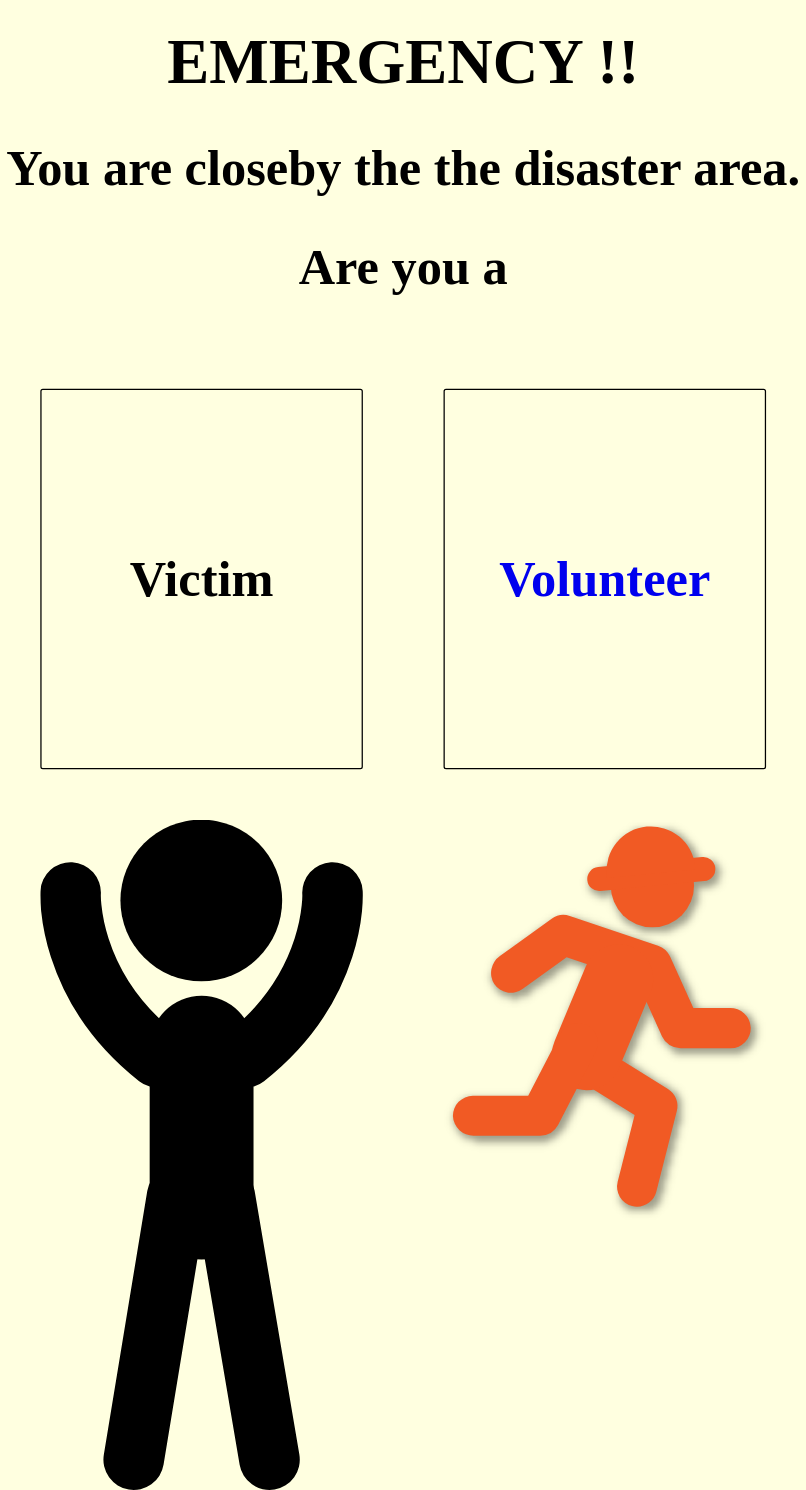
Repository: KittichoteKamalapirat/EMS-management-system
Page: http://localhost/
The author's editor kept a record of every edit. The page is drawn from the files as they stood at one moment, then again after the next edit.
The browser window is 1280 px wide. The pictures show the whole page, at 63% of full size.
Some web libraries are served in a nearby version. The page is served by the project's Node server (server.js).

Above is the page before.
Console error: ReferenceError: $ is not defined

### index.html
<!DOCTYPE>
<!DOCTYPE html>
<html>
<head>
    <meta charset = "utf-8">
    <link rel = "stylesheet" href="/css/index.css" type="text/css" />
    <script src="https://use.fontawesome.com/804afe4c6e.js"></script>

    <!--<link rel = "stylesheet" href="/css/hamburger.css" type="text/css" />-->
    <!--<script src="https://ajax.googleapis.com/ajax/libs/jquery/3.3.1/jquery.min.js"></script>-->


</head>

<body>
    <header class = "head-list">
        <h1 class = "head-tag">EMERGENCY !!</h1>

        <h2 class = "head-tag">You are closeby the the disaster area.</h2>
        <h2 class = "head-tag">Are you a</h2>


    </header>
    <div class = "splet-boxes">
    <div class="left-box">
        <p>Victim</p>
        <img class='people' src="/images/victim.svg"></img>
    </div>

    <a href="/skills"><div class="right-box">

        <p>Volunteer</p>
        <img class='people' src="/images/responder.svg"></img>
    </div>
    </a>
    </div>

    <script src='/javascript/index.js'></script>

</body>

</html>

### server.js
const express = require('express')
const path = require('path')
const app = express();
const PORT = process.env.PORT || 8080;

app.use(express.static('public'))

// render map
app.get('/map',(req,res) => res.sendFile(__dirname + '/map.html'))

app.get('/',(req,res) => res.sendFile(__dirname + '/index.html'))

app.get('/skills',(req,res) => res.sendFile(__dirname + '/skills.html'))

// app.get('/loading',(req,res) => res.sendFile(__dirname + '/loading.html'))


app.get('/loading',(req,res) => {
    res.sendFile(__dirname + '/loading.html')
})


app.get('/approve',(req,res) => res.sendFile(__dirname + '/approve.html'))






app.listen(PORT, () => console.log('Server Started...'));

### public/css/index.css
body {
  background: #FFFFE0;
}

  /* Always set the map height explicitly to define the size of the div
       * element that contains the map. */
      #map {
        height: 100%;
      }
      /* Optional: Makes the sample page fill the window. */
      html, body {
        height: 100%;
        margin: 0;
        padding: 0;
      }


/*modal box*/

.head-tag{
  margin-top: 40px;
}
.bg-modal {
  width:100%;
  height: 100%;
  background-color: rgba(0, 0, 0, 0.8);
  position: absolute;
  top: 0;
  display: none;
  justify-content: center;
  align-items: center; }


.bg-modal .close {
  position: absolute;
  font-size: 3rem;
　right: 1rem;
  top: 0, 5rem;
  transform: rotate(45deg);
  cursor: pointer; }


.box{
  display: grid¥;
  justify-content: center;
  margin: 0 auto;
  padding: 5rem;
  width: 50%;
  background-color: white;
  position: relative;
 }

 /*html1について*/
.header {
  height: 100px;
  width:100%;

}
.splet-boxes {
  margin-top: 40px;
}

.left-box {
  margin-left:5%;
  font-size: 80px;
  float: left;
  width:40%;
  text-align: center;
  height: 600px;
  line-height: 600px;
  cursor: pointer;
}
p {
  font-weight: bold;
  border-radius: 4px;
  border: 2px solid black;
}

.right-box {
  margin-right:5%;
  font-size: 80px;
  float: right;
  width:40%;
  text-align: center;
  height: 600px;
  line-height: 600px;
  cursor: pointer;
}
.left-box p:hover {
  background: #FF0000;
  opacity: 0.7;
}
.right-box p:hover {
  background: #66FF99;
  opacity: 0.7;
}


/*html２について*/
.select-skill {
  font-size: 100px;
  text-align: center;
  font-weight: bold;
  margin-top: 100px;
}
li > input {
  position:relative;
   width: 50px;
   height:50px;
  float: left;
  margin: 50px 40px 0 20px;
  transform:scale(1.5);
}

.scrollWrap {
  width: 100%;
  margin: 0px auto;
  overflow: auto;
}
.scrollContent ul {
  margin-top: 50px;
  list-style: none;
  background: white;
  padding: 0;
  position: relative;
}
.scrollContent ul li {
  margin-bottom: 30px;
  font-size: 30px;
  height: 150px;
  line-height: 150px;
  border:1px solid black;
  border-left: solid 6px #2d8fdd;
  position: relative;
}
.selected {
  background: #FFDDFF;
  opacity: 0.5;
}
/*スクロールバーの幅*/
::-webkit-scrollbar {
    width: 6px;
}
/*スクロールバーのレール*/
::-webkit-scrollbar-track {
  border-radius: 30px;
  background: #eee;
}
/*スクロールバーのつまみ*/
::-webkit-scrollbar-thumb {
  border-radius: 30px;
  background: #81D4FA;
}

a {
  text-decoration: none;
}

#decide {
  margin:100px auto 100px;
  font-size: 60px;
  width: 600px;
  padding: 20px 60px 30px 60px;
  text-align: center;
  display: block;
  color: white;
  background: rgb(34,181,115);
　font-size: 70px;
　border-radius: 20px;
　text-align: center;
　line-height: 100px;
}


/*html3について*/


h1 {
  text-align: center;
  font-size: 100px;
}


h2 {
  text-align: center;
  font-size: 80px;
}


h3 {
  text-align: center;
  font-size: 50px;
}


.loading {
  margin-top: 300px;
}

.icon {
  margin: 0 auto;
  width: 100%;
  text-align: center;
  font-size: 100px;
  transition: .4s;
}
.wait {
  margin-top: 0;
}
.thanks {
  margin: 0 auto;
  width: 100%;
  text-align: center;
  font-size: 100px;
}

.container{
    margin: 0 auto;
    text-align:center;
}
.can {
  margin-top: 300px;
}

#loading{
    margin: 0 auto;
    display: block;
    width: 400px;
}
.fa-check-circle:before {
  color: rgb(34,181,115);
}

.go {
  margin:350px auto 100px;
  text-decoration: none;
  text-align: center;
  font-size: 50px;
  border:1px solid black;
  border-radius: 5px;
  display: block;
  color:white;
  background: rgb(34,181,115);
  width:600px;
  height: 100px;
  line-height: 100px;
}


/*direction button for map page*/

#map{
  position: fixed;
  z-index:0;
}
.direction-button{
  font-size: 20px;
  position: relative;
  color: white;
  bottom: 60px;
  left: 20px;
  z-index:10;
  padding: 10px 20px;
  border-radius: 5px;
  background-color: rgb(0,113,188);
  box-shadow: 5px 5px 5px rgba(0, 0, 0, .5);
}

### public/images/victim.svg
<svg xmlns="http://www.w3.org/2000/svg" viewBox="0 0 74.54 155"><defs><style>.cls-1,.cls-2{fill:none;stroke:#000;stroke-linecap:round;stroke-linejoin:round;}.cls-1{stroke-width:24px;}.cls-2{stroke-width:14px;}</style></defs><title>Asset 2</title><g id="Layer_2" data-name="Layer 2"><g id="Layer_1-2" data-name="Layer 1"><circle cx="37.2" cy="18.69" r="18.69"/><line class="cls-1" x1="37.27" y1="52.73" x2="37.27" y2="89.72"/><path class="cls-2" d="M7,16.87S5.89,38.16,27.18,55"/><line class="cls-2" x1="31.62" y1="87" x2="21.58" y2="148"/><path class="cls-2" d="M67.53,16.87S68.65,38.16,47.36,55"/><line class="cls-2" x1="42.62" y1="87" x2="52.96" y2="148"/></g></g></svg>

### public/images/responder.svg
<svg xmlns="http://www.w3.org/2000/svg" xmlns:xlink="http://www.w3.org/1999/xlink" viewBox="0 0 95 118"><defs><style>.cls-1{isolation:isolate;}.cls-2{opacity:0.38;mix-blend-mode:multiply;}.cls-3{fill:#f15a24;}</style></defs><title>Asset 7</title><g class="cls-1"><g id="Layer_2" data-name="Layer 2"><g id="Layer_1-2" data-name="Layer 1"><image class="cls-2" width="95" height="118" xlink:href="data:[embedded picture, 5506 characters]"/><circle class="cls-3" cx="61.52" cy="19.45" r="12.27"/><rect class="cls-3" x="42.26" y="12.49" width="37.87" height="7.1" rx="3.55" transform="translate(-1.25 5.9) rotate(-5.47)"/><path class="cls-3" d="M74.13,13.85l.09.94-26.07,2.5-.09-.95a13.09,13.09,0,1,1,26.07-2.49Z"/><path class="cls-3" d="M84.6,67.33H69.76a5.93,5.93,0,0,1-5.39-3.47L57,47.54h0l-20.74-7h0l-13,9.36a5.89,5.89,0,0,1-8.31-1.47,6.06,6.06,0,0,1,1.66-8.24l15.25-11a5.93,5.93,0,0,1,5.33-.81l26,8.73a5.93,5.93,0,0,1,3.5,3.16l6.9,15.2,0,0H84.33a6.05,6.05,0,0,1,6.15,5.73A5.88,5.88,0,0,1,84.6,67.33Z"/><path class="cls-3" d="M57,114a6,6,0,0,1-1.45-.18,5.89,5.89,0,0,1-4.26-7.16l5-19.66s0,0,0,0l-17-10.55A6.07,6.07,0,0,1,37,68.31a5.89,5.89,0,0,1,8.19-2l20.91,13a5.9,5.9,0,0,1,2.61,6.48l-6.06,23.84A5.88,5.88,0,0,1,57,114Z"/><path class="cls-3" d="M42.11,79.7A10.42,10.42,0,0,1,37,78.33a10.53,10.53,0,0,1-4.24-13.21l9.13-21.88a10.53,10.53,0,0,1,12.74-6.16A10.3,10.3,0,0,1,61,50.87L51.62,73.36A10.3,10.3,0,0,1,42.11,79.7Z"/><path class="cls-3" d="M28.52,93.07H8.93a6.06,6.06,0,0,1-6.16-5.73,5.88,5.88,0,0,1,5.88-6H24.94a0,0,0,0,0,0,0L34.4,63.05a5.88,5.88,0,1,1,10.45,5.41L33.77,89.88A5.92,5.92,0,0,1,28.52,93.07Z"/></g></g></g></svg>

### public/javascript/index.js
// turn 3 stripes to X
$("#hamburger").click(function(){
  $("#hamburger").toggleClass("is-active")
});

// toggle nav bar
$("#hamburger").click(function(){
  $("ul").toggleClass("active")
});

// $("#hamburger").click(function(){
//   $(".backtohome").toggleClass("not-active")
// });

After the next edit:
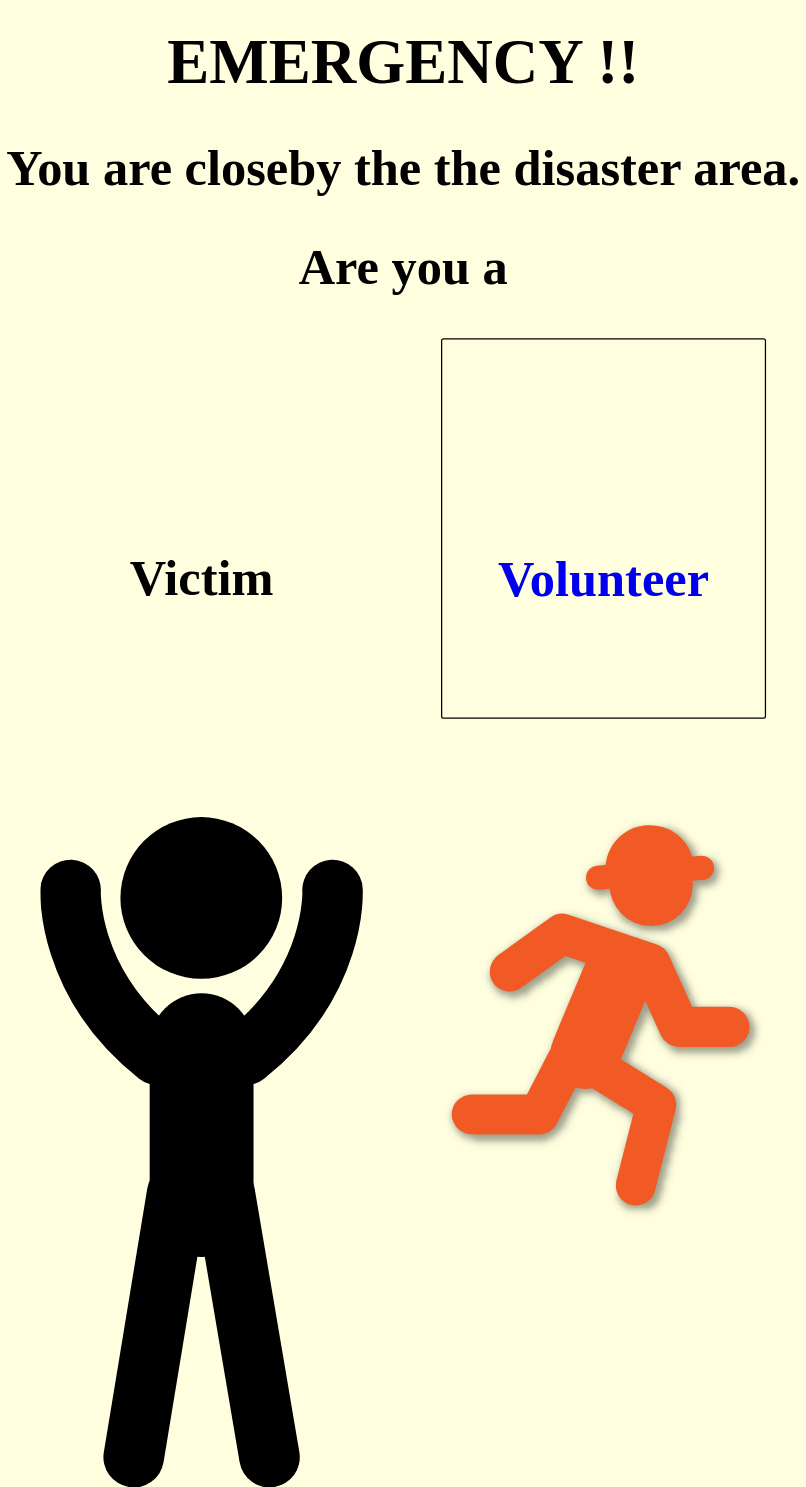
The edit:
--- a/public/css/index.css
+++ b/public/css/index.css
@@ -72,8 +72,7 @@
 }
 p {
   font-weight: bold;
-  border-radius: 4px;
-  border: 2px solid black;
+
 }
 
 .right-box {
@@ -85,6 +84,8 @@
   height: 600px;
   line-height: 600px;
   cursor: pointer;
+  border-radius: 4px;
+  border: 2px solid black;
 }
 .left-box p:hover {
   background: #FF0000;
